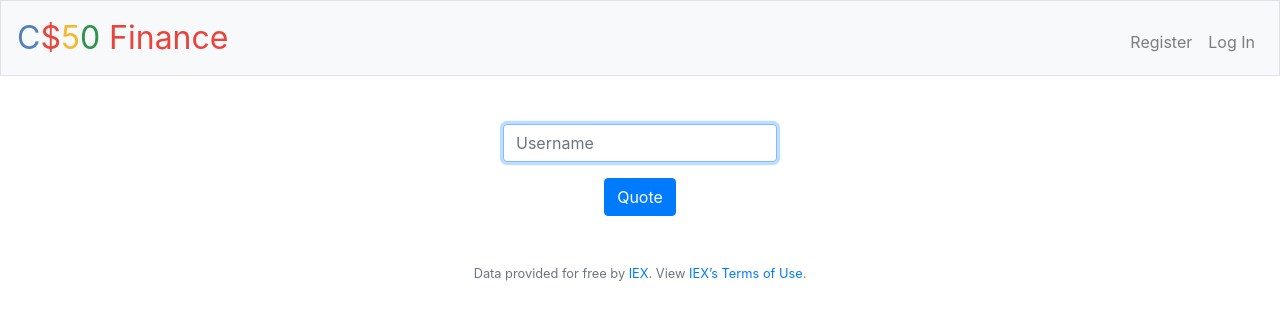
Repository: RachadQ/Cs50
Page: pset8/finance/templates/quote.html
The author's editor kept a record of every edit. The page is drawn from the files as they stood at one moment, then again after the next edit.
The browser window is 1280 px wide. The pictures show the whole page.
The template is drawn by Flask 3. The application's start-up code is not run. The template is opened directly, without the code that normally fills it, so the values that code supplies are empty.

Above is the page before.

After the next edit:
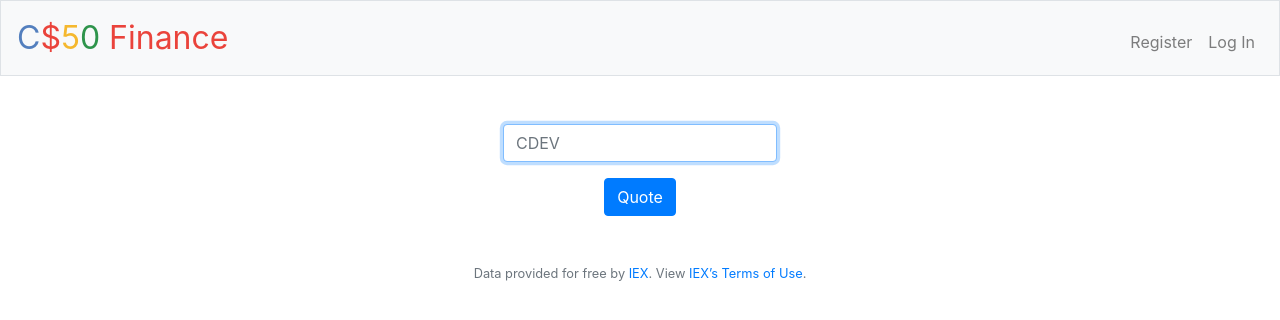
The edit:
--- a/ub/pset8/finance/templates/quote.html
+++ b/ub/pset8/finance/templates/quote.html
@@ -7,7 +7,7 @@
 {% block main %}
     <form action="/quote" method="post">
         <div class="form-group">
-            <input autocomplete="off" autofocus class="form-control" name="username" placeholder="Username" type="text">
+            <input autocomplete="off" autofocus class="form-control" name="symbol" placeholder="CDEV" type="text">
         </div>
 
         <button class="btn btn-primary" type="submit">Quote</button>
